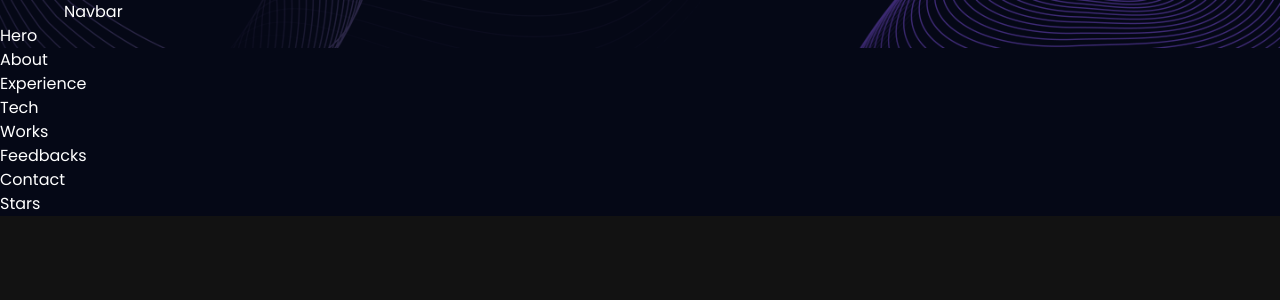
Repository: davedeguia/3d-portfolio
Page: /
These files come from the project's save history. The page is drawn as it stood at one moment and after the next save; the edit follows.
The browser window is 1280 px wide. The pictures show the whole page.
The project was rebuilt for these pictures with package versions that can differ from the ones it lists, and the page was loaded fresh each time. Also part of the build but not shown: vite.config.js, src/components/canvas/Earth.jsx, src/components/canvas/Ball.jsx, src/components/canvas/Computers.jsx.

Above is the page before, as saved 2023-03-04 14:17:57.

### src/App.jsx
import { BrowserRouter } from 'react-router-dom'
import {
  About,
  Contact,
  Experience,
  Feedbacks,
  Hero,
  Navbar,
  Tech,
  Works,
  StarsCanvas,
} from './components'

const App = () => {
  return (
    <BrowserRouter>
      <div className='relative z-0 bg-primary'>
        <div className='bg-hero-pattern bg-cover bg-no-repeat bg-center'>
          <Navbar />
          <Hero />
        </div>
        <About />
        <Experience />
        <Tech />
        <Works />
        <Feedbacks />
        <div className='relative z-0'>
          <Contact />
          <StarsCanvas />
        </div>
      </div>
    </BrowserRouter>
  )
}

export default App

### src/components/Navbar.jsx
import React, { useEffect, useState } from 'react'
import { Link } from 'react-router-dom'
import { styles } from '../styles'
import { navLinks } from '../constants'
import { logo, menu, close } from '../assets'

const Navbar = () => {
  return <nav className={`${styles.paddingX}`}>Navbar</nav>
}

export default Navbar

### src/styles.js
const styles = {
  paddingX: 'sm:px-16 px-6',
  paddingY: 'sm:py-16 py-6',
  padding: 'sm:px-16 px-6 sm:py-16 py-10',

  heroHeadText:
    'font-black text-white lg:text-[80px] sm:text-[60px] xs:text-[50px] text-[40px] lg:leading-[98px] mt-2',
  heroSubText:
    'text-[#dfd9ff] font-medium lg:text-[30px] sm:text-[26px] xs:text-[20px] text-[16px] lg:leading-[40px]',

  sectionHeadText:
    'text-white font-black md:text-[60px] sm:text-[50px] xs:text-[40px] text-[30px]',
  sectionSubText:
    'sm:text-[18px] text-[14px] text-secondary uppercase tracking-wider',
}

export { styles }

### src/constants/index.js
import {
  mobile,
  backend,
  creator,
  web,
  javascript,
  typescript,
  html,
  css,
  reactjs,
  redux,
  tailwind,
  nodejs,
  mongodb,
  git,
  figma,
  docker,
  meta,
  starbucks,
  tesla,
  shopify,
  carrent,
  jobit,
  tripguide,
  threejs,
} from '../assets'

export const navLinks = [
  {
    id: 'about',
    title: 'About',
  },
  {
    id: 'work',
    title: 'Work',
  },
  {
    id: 'contact',
    title: 'Contact',
  },
]

const services = [
  {
    title: 'Web Developer',
    icon: web,
  },
  {
    title: 'React Native Developer',
    icon: mobile,
  },
  {
    title: 'Backend Developer',
    icon: backend,
  },
  {
    title: 'Content Creator',
    icon: creator,
  },
]

const technologies = [
  {
    name: 'HTML 5',
    icon: html,
  },
  {
    name: 'CSS 3',
    icon: css,
  },
  {
    name: 'JavaScript',
    icon: javascript,
  },
  {
    name: 'TypeScript',
    icon: typescript,
  },
  {
    name: 'React JS',
    icon: reactjs,
  },
  {
    name: 'Redux Toolkit',
    icon: redux,
  },
  {
    name: 'Tailwind CSS',
    icon: tailwind,
  },
  {
    name: 'Node JS',
    icon: nodejs,
  },
  {
    name: 'MongoDB',
    icon: mongodb,
  },
  {
    name: 'Three JS',
    icon: threejs,
  },
  {
    name: 'git',
    icon: git,
  },
  {
    name: 'figma',
    icon: figma,
  },
  {
    name: 'docker',
    icon: docker,
  },
]

const experiences = [
  {
    title: 'React.js Developer',
    company_name: 'Starbucks',
    icon: starbucks,
    iconBg: '#383E56',
    date: 'March 2020 - April 2021',
    points: [
      'Developing and maintaining web applications using React.js and other related technologies.',
      'Collaborating with cross-functional teams including designers, product managers, and other developers to create high-quality products.',
      'Implementing responsive design and ensuring cross-browser compatibility.',
      'Participating in code reviews and providing constructive feedback to other developers.',
    ],
  },
  {
    title: 'React Native Developer',
    company_name: 'Tesla',
    icon: tesla,
    iconBg: '#E6DEDD',
    date: 'Jan 2021 - Feb 2022',
    points: [
      'Developing and maintaining web applications using React.js and other related technologies.',
      'Collaborating with cross-functional teams including designers, product managers, and other developers to create high-quality products.',
      'Implementing responsive design and ensuring cross-browser compatibility.',
      'Participating in code reviews and providing constructive feedback to other developers.',
    ],
  },
  {
    title: 'Web Developer',
    company_name: 'Shopify',
    icon: shopify,
    iconBg: '#383E56',
    date: 'Jan 2022 - Jan 2023',
    points: [
      'Developing and maintaining web applications using React.js and other related technologies.',
      'Collaborating with cross-functional teams including designers, product managers, and other developers to create high-quality products.',
      'Implementing responsive design and ensuring cross-browser compatibility.',
      'Participating in code reviews and providing constructive feedback to other developers.',
    ],
  },
  {
    title: 'Full stack Developer',
    company_name: 'Meta',
    icon: meta,
    iconBg: '#E6DEDD',
    date: 'Jan 2023 - Present',
    points: [
      'Developing and maintaining web applications using React.js and other related technologies.',
      'Collaborating with cross-functional teams including designers, product managers, and other developers to create high-quality products.',
      'Implementing responsive design and ensuring cross-browser compatibility.',
      'Participating in code reviews and providing constructive feedback to other developers.',
    ],
  },
]

const testimonials = [
  {
    testimonial:
      'I thought it was impossible to make a website as beautiful as our product, but Rick proved me wrong.',
    name: 'Sara Lee',
    designation: 'CFO',
    company: 'Acme Co',
    image: 'https://randomuser.me/api/portraits/women/4.jpg',
  },
  {
    testimonial:
      "I've never met a web developer who truly cares about their clients' success like Rick does.",
    name: 'Chris Brown',
    designation: 'COO',
    company: 'DEF Corp',
    image: 'https://randomuser.me/api/portraits/men/5.jpg',
  },
  {
    testimonial:
      "After Rick optimized our website, our traffic increased by 50%. We can't thank them enough!",
    name: 'Lisa Wang',
    designation: 'CTO',
    company: '456 Enterprises',
    image: 'https://randomuser.me/api/portraits/women/6.jpg',
  },
]

const projects = [
  {
    name: 'Car Rent',
    description:
      'Web-based platform that allows users to search, book, and manage car rentals from various providers, providing a convenient and efficient solution for transportation needs.',
    tags: [
      {
        name: 'react',
        color: 'blue-text-gradient',
      },
      {
        name: 'mongodb',
        color: 'green-text-gradient',
      },
      {
        name: 'tailwind',
        color: 'pink-text-gradient',
      },
    ],
    image: carrent,
    source_code_link: 'https://github.com/',
  },
  {
    name: 'Job IT',
    description:
      'Web application that enables users to search for job openings, view estimated salary ranges for positions, and locate available jobs based on their current location.',
    tags: [
      {
        name: 'react',
        color: 'blue-text-gradient',
      },
      {
        name: 'restapi',
        color: 'green-text-gradient',
      },
      {
        name: 'scss',
        color: 'pink-text-gradient',
      },
    ],
    image: jobit,
    source_code_link: 'https://github.com/',
  },
  {
    name: 'Trip Guide',
    description:
      'A comprehensive travel booking platform that allows users to book flights, hotels, and rental cars, and offers curated recommendations for popular destinations.',
    tags: [
      {
        name: 'nextjs',
        color: 'blue-text-gradient',
      },
      {
        name: 'supabase',
        color: 'green-text-gradient',
      },
      {
        name: 'css',
        color: 'pink-text-gradient',
      },
    ],
    image: tripguide,
    source_code_link: 'https://github.com/',
  },
]

export { services, technologies, experiences, testimonials, projects }

### src/assets/index.js
import logo from "./logo.svg";
import backend from "./backend.png";
import creator from "./creator.png";
import mobile from "./mobile.png";
import web from "./web.png";
import github from "./github.png";
import menu from "./menu.svg";
import close from "./close.svg";

import css from "./tech/css.png";
import docker from "./tech/docker.png";
import figma from "./tech/figma.png";
import git from "./tech/git.png";
import html from "./tech/html.png";
import javascript from "./tech/javascript.png";
import mongodb from "./tech/mongodb.png";
import nodejs from "./tech/nodejs.png";
import reactjs from "./tech/reactjs.png";
import redux from "./tech/redux.png";
import tailwind from "./tech/tailwind.png";
import typescript from "./tech/typescript.png";
import threejs from "./tech/threejs.svg";

import meta from "./company/meta.png";
import shopify from "./company/shopify.png";
import starbucks from "./company/starbucks.png";
import tesla from "./company/tesla.png";

import carrent from "./carrent.png";
import jobit from "./jobit.png";
import tripguide from "./tripguide.png";

export {
  logo,
  backend,
  creator,
  mobile,
  web,
  github,
  menu,
  close,
  css,
  docker,
  figma,
  git,
  html,
  javascript,
  mongodb,
  nodejs,
  reactjs,
  redux,
  tailwind,
  typescript,
  threejs,
  meta,
  shopify,
  starbucks,
  tesla,
  carrent,
  jobit,
  tripguide,
};

### tailwind.config.cjs
/** @type {import('tailwindcss').Config} */
module.exports = {
  content: ['./src/**/*.{js,jsx}'],
  mode: 'jit',
  theme: {
    extend: {
      colors: {
        primary: '#050816',
        secondary: '#aaa6c3',
        tertiary: '#151030',
        'black-100': '#100d25',
        'black-200': '#090325',
        'white-100': '#f3f3f3',
      },
      boxShadow: {
        card: '0px 35px 120px -15px #211e35',
      },
      screens: {
        xs: '450px',
      },
      backgroundImage: {
        'hero-pattern': "url('/src/assets/herobg.png')",
      },
    },
  },
  plugins: [],
}

Loaded but not shown: index.html (common file); src/main.jsx (common file); src/index.css (common file); src/components/index.js (common file); src/components/canvas/index.js (common file); src/components/Hero.jsx (common file); src/components/About.jsx (common file); src/components/Tech.jsx (common file); src/components/Experience.jsx (common file); src/components/Works.jsx (common file); src/components/Feedbacks.jsx (common file); src/components/Contact.jsx (common file); src/components/canvas/Stars.jsx (common file)

After the next save:
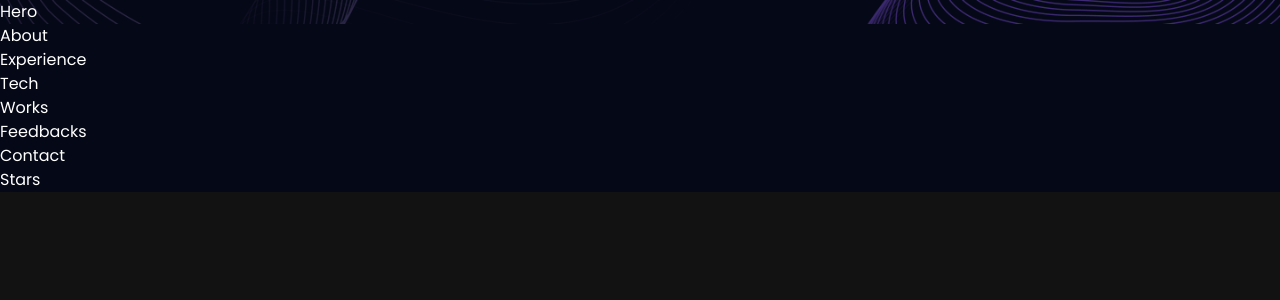
Saved 88 s later.
--- a/src/components/Navbar.jsx
+++ b/src/components/Navbar.jsx
@@ -5,7 +5,13 @@
 import { logo, menu, close } from '../assets'
 
 const Navbar = () => {
-  return <nav className={`${styles.paddingX}`}>Navbar</nav>
+  return (
+    <nav
+      className={`${styles.paddingX} w-full flex items-center py-5 fixed top-0 z-20`}
+    >
+      <div className='w-full flex justify-between items-center max-w-7xl'></div>
+    </nav>
+  )
 }
 
 export default Navbar
